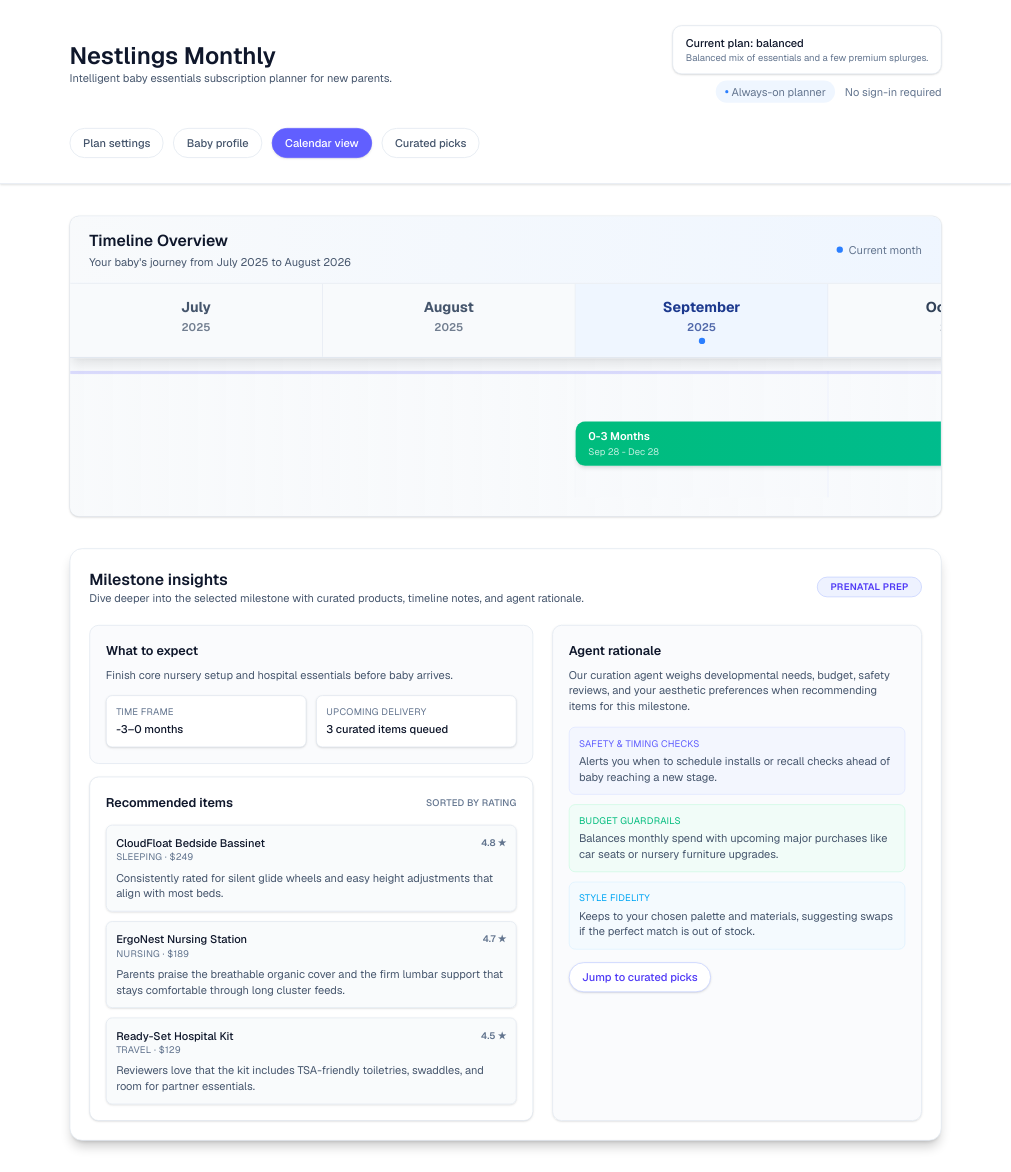
Repository: jc92/babyshop
Page: /, after clicking the first element matching `div.mt-8 > :nth-child(3)`
These files come from the project's save history. The page is drawn as it stood at one moment and after a run of saves; the edit follows.
The browser window is 1280 px wide. The pictures show the whole page, at 79% of full size.
The page's requests for data from a server got no answer. The project was rebuilt for these pictures with package versions that can differ from the ones it lists, and the page was loaded fresh each time. The framework's server and built-in components were replaced by stand-ins that run in the browser. No one was signed in, and anything a server would have sent is missing. Also part of the build but not shown: next.config.ts.

Above is the page before, as saved 2025-10-01 14:09:38.

After the next 4 saves:
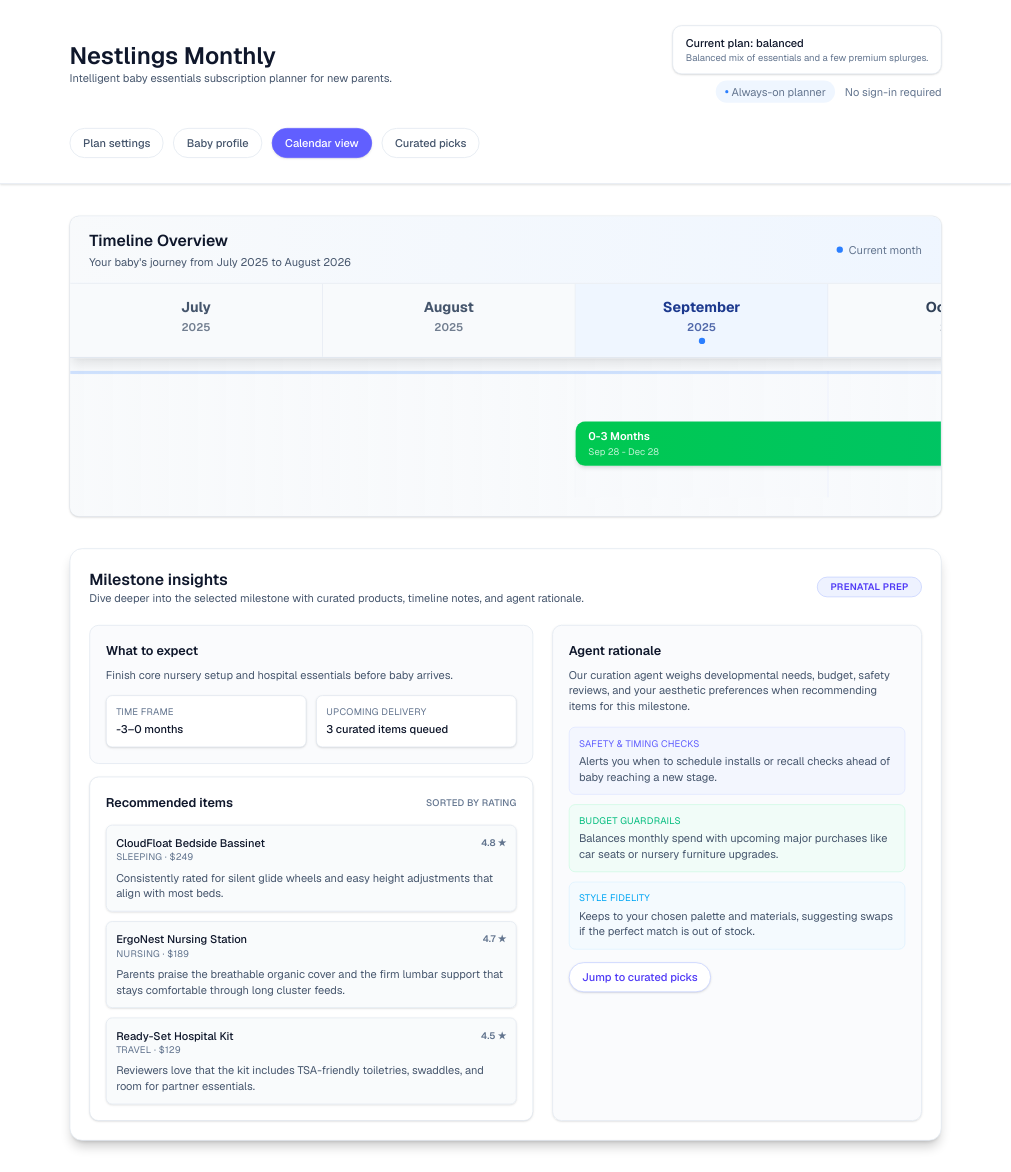
The 4 saves are shown as one change because they came seconds apart.
The last was saved 12 s later.
--- a/src/components/CalendarView.tsx
+++ b/src/components/CalendarView.tsx
@@ -151,7 +151,7 @@ export default function CalendarView({ milestones, activeMilestoneId, onSelectMi
             <div className="absolute inset-0 bg-gradient-to-r from-slate-50 to-indigo-50/30"></div>
 
             {/* Top timeline row indicator */}
-            <div className="absolute top-4 left-0 right-0 h-1 bg-indigo-500/20 z-5"></div>
+            <div className="absolute top-4 left-0 right-0 h-1 bg-blue-500/20 z-5"></div>
 
             {milestones.map((milestone, index) => {
               const { start, end } = getDateRangeForMilestone(milestone.monthRange, referenceDate);
@@ -186,12 +186,12 @@ export default function CalendarView({ milestones, activeMilestoneId, onSelectMi
                   onClick={() => onSelectMilestone(milestone.id as MilestoneId)}
                   className={`absolute h-14 rounded-xl cursor-pointer transition-all duration-200 flex items-center px-4 group ${
                     isActive
-                      ? 'bg-indigo-100 border-2 border-indigo-400 text-indigo-900 shadow-lg transform scale-105'
+                      ? 'bg-blue-100 border-2 border-blue-400 text-blue-900 shadow-lg transform scale-105'
                       : isPast
                         ? 'bg-slate-200 text-slate-600 hover:bg-slate-300'
                         : isCurrent
-                          ? 'bg-gradient-to-r from-emerald-500 to-teal-500 text-white hover:from-emerald-600 hover:to-teal-600 shadow-md'
-                          : 'bg-gradient-to-r from-indigo-500 to-purple-500 text-white hover:from-indigo-600 hover:to-purple-600 shadow-md'
+                          ? 'bg-gradient-to-r from-green-500 to-emerald-500 text-white hover:from-green-600 hover:to-emerald-600 shadow-md'
+                          : 'bg-gradient-to-r from-blue-500 to-indigo-500 text-white hover:from-blue-600 hover:to-indigo-600 shadow-md'
                   }`}
                   style={{
                     left: `${left}px`,
@@ -208,7 +208,7 @@ export default function CalendarView({ milestones, activeMilestoneId, onSelectMi
                       </div>
                     </div>
                     {isActive && (
-                      <div className="ml-2 w-2 h-2 bg-indigo-500 rounded-full animate-pulse"></div>
+                      <div className="ml-2 w-2 h-2 bg-blue-500 rounded-full animate-pulse"></div>
                     )}
                   </div>
                 </div>
